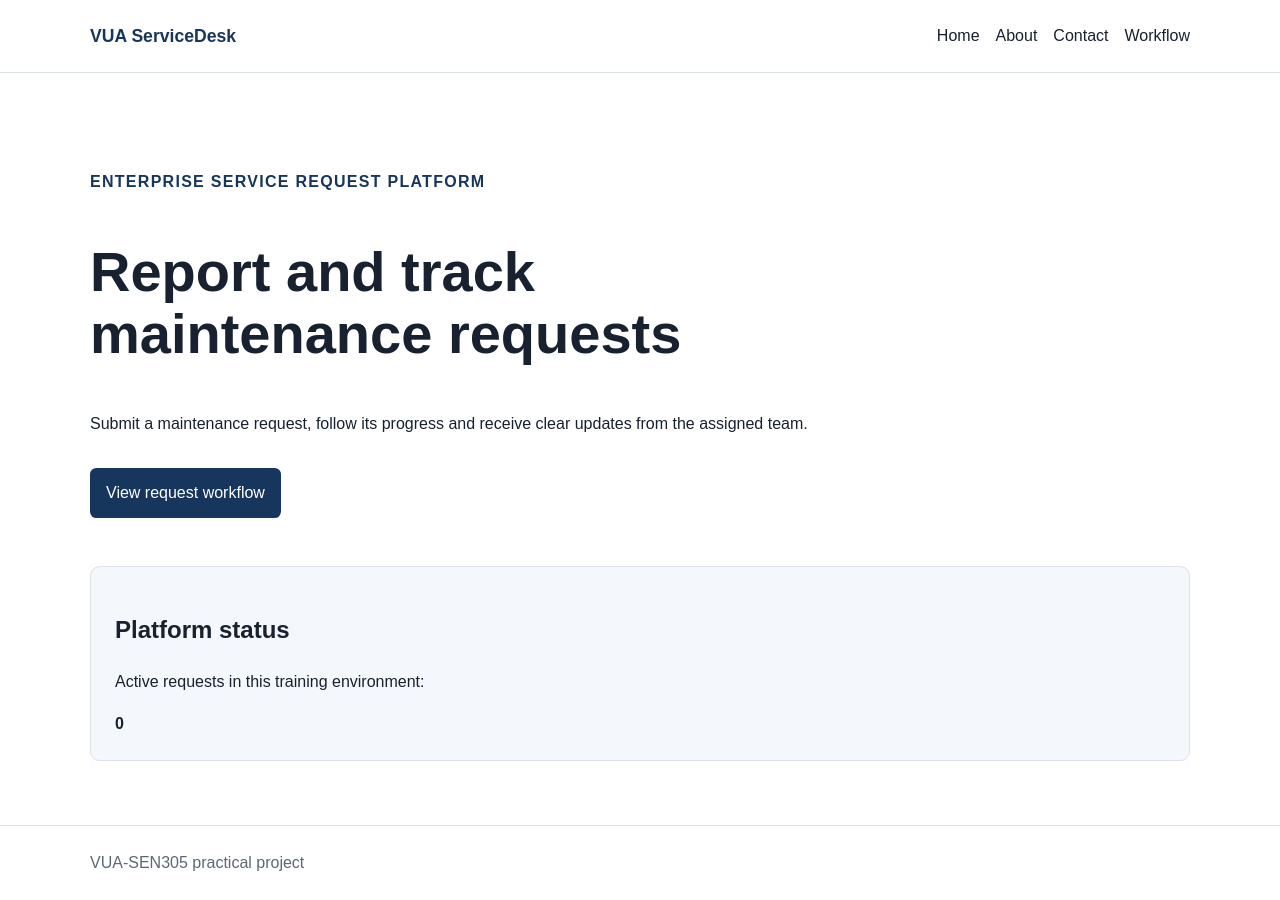
Repository: joezzi/sen305-service-platform
Page: http://localhost/
The author's editor kept a copy of each file at every save. The page is drawn from the files as they stood at one save, then again after the next save.
The browser window is 1280 px wide. The pictures show the whole page.
The page is served by the project's application, run on Django 5.2 (backend/manage.py). Other server files are loaded and not shown.

Above is the page before, as saved 2026-10-21 14:35:23.

### backend/core/templates/core/home.html
{% extends "core/base.html" %}

{% block title %}Home | VUA ServiceDesk{% endblock %}

{% block content %}
<section class="hero">
    <p class="eyebrow">Enterprise Service Request Platform</p>
    <h1>{{ headline }}</h1>
    <p>
        Submit a maintenance request, follow its progress and receive
        clear updates from the assigned team.
    </p>
    <a class="button" href="#request-preview">View request workflow</a>
</section>

<section id="request-preview" class="status-panel">
    <h2>Platform status</h2>
    <p>Active requests in this training environment:</p>
    <strong>{{ active_requests }}</strong>
</section>
{% endblock %}

### backend/core/templates/core/base.html
{% load static %}
<!DOCTYPE html>
<html lang="en">
<head>
    <meta charset="UTF-8">
    <meta name="viewport" content="width=device-width, initial-scale=1.0">
    <title>{% block title %}VUA ServiceDesk{% endblock %}</title>
    <link rel="stylesheet" href="{% static 'core/css/styles.css' %}">
</head>
<body>
    <header class="site-header">
        <div class="container nav-row">
            <a class="brand" href="{% url 'core:home' %}">VUA ServiceDesk</a>
            <nav aria-label="Primary navigation">
                <a href="{% url 'core:home' %}">Home</a>
                <a href="{% url 'core:about' %}">About</a>
                <a href="{% url 'core:contact' %}">Contact</a>
                <a href="{% url 'core:workflow' %}">Workflow</a>
            </nav>
        </div>
    </header>
    <main class="container">
        {% block content %}{% endblock %}
    </main>
    <footer class="site-footer">
        <div class="container">VUA-SEN305 practical project</div>
    </footer>
</body>
</html>

### backend/core/views.py
from django.shortcuts import render

def home(request):
    context = {
        "platform_name": "VUA ServiceDesk",
        "headline": "Report and track maintenance requests",
        "active_requests": 0,
    }
    return render(request, "core/home.html", context)

def about(request):
    project_roles = [
        "Requester",
        "Coordinator",
        "Technician",
        "Administrator",
    ]
    return render(
        request,
        "core/about.html",
        {"project_roles": project_roles},
    )

def contact(request):
    context = {
        "department_name": "Software Engineering Helpdesk",
        "email": "support@vua-servicedesk.edu",
        "office_hours": "Monday to Friday, 8:00 AM - 4:00 PM",
    }
    return render(request, "core/contact.html", context)

def workflow(request):
    stages = [
        "Request submitted",
        "Request triaged",
        "Technician assigned",
        "Request resolved",
    ]
    return render(request, "core/workflow.html", {"stages": stages})

### backend/config/urls.py
"""
URL configuration for config project.

The `urlpatterns` list routes URLs to views. For more information please see:
    https://docs.djangoproject.com/en/5.2/topics/http/urls/
Examples:
Function views
    1. Add an import:  from my_app import views
    2. Add a URL to urlpatterns:  path('', views.home, name='home')
Class-based views
    1. Add an import:  from other_app.views import Home
    2. Add a URL to urlpatterns:  path('', Home.as_view(), name='home')
Including another URLconf
    1. Import the include() function: from django.urls import include, path
    2. Add a URL to urlpatterns:  path('blog/', include('blog.urls'))
"""

from django.contrib import admin
from django.urls import include, path

urlpatterns = [
    path("admin/", admin.site.urls),
    path("", include("core.urls")),
]

### backend/core/urls.py
from django.urls import path
from . import views

app_name = "core"

urlpatterns = [
    path("", views.home, name="home"),
    path("about/", views.about, name="about"),
    path("contact/", views.contact, name="contact"),
    path("workflow/", views.workflow, name="workflow"),  # Add this route
]

### backend/core/static/core/css/styles.css
:root {
    --ink: #18212f;
    --muted: #5d6776;
    --surface: #f4f7fb;
    --brand: #17365d;
    --brand-dark: #0f2746;
    --line: #dbe2ea;
}

* { box-sizing: border-box; }

body {
    margin: 0;
    color: var(--ink);
    background: #ffffff;
    font-family: Arial, Helvetica, sans-serif;
    line-height: 1.6;
}

.container {
    width: min(1100px, calc(100% - 2rem));
    margin-inline: auto;
}

.site-header {
    border-bottom: 1px solid var(--line);
    background: #ffffff;
}

.nav-row {
    min-height: 72px;
    display: flex;
    align-items: center;
    justify-content: space-between;
    gap: 1rem;
}

.brand {
    color: var(--brand);
    font-size: 1.1rem;
    font-weight: 700;
    text-decoration: none;
}

nav { display: flex; gap: 1rem; }
nav a { color: var(--ink); text-decoration: none; }
nav a:hover, nav a:focus { color: var(--brand); text-decoration: underline; }

.hero, .page-heading { padding: 5rem 0 3rem; max-width: 760px; }
.hero h1, .page-heading h1 { font-size: clamp(2rem, 5vw, 3.5rem); line-height: 1.1; }
.eyebrow { color: var(--brand); font-weight: 700; text-transform: uppercase; letter-spacing: .08em; }

.button {
    display: inline-block;
    margin-top: 1rem;
    padding: .75rem 1rem;
    border-radius: .4rem;
    color: #ffffff;
    background: var(--brand);
    text-decoration: none;
}

.button:hover, .button:focus { background: var(--brand-dark); }

.status-panel {
    margin-bottom: 4rem;
    padding: 1.5rem;
    border: 1px solid var(--line);
    border-radius: .6rem;
    background: var(--surface);
}

.role-list { display: grid; gap: .75rem; padding-left: 1.25rem; }

.site-footer {
    margin-top: 4rem;
    padding: 1.5rem 0;
    border-top: 1px solid var(--line);
    color: var(--muted);
}

@media (max-width: 560px) {
    .nav-row { align-items: flex-start; flex-direction: column; padding: 1rem 0; }
}

After the next save:
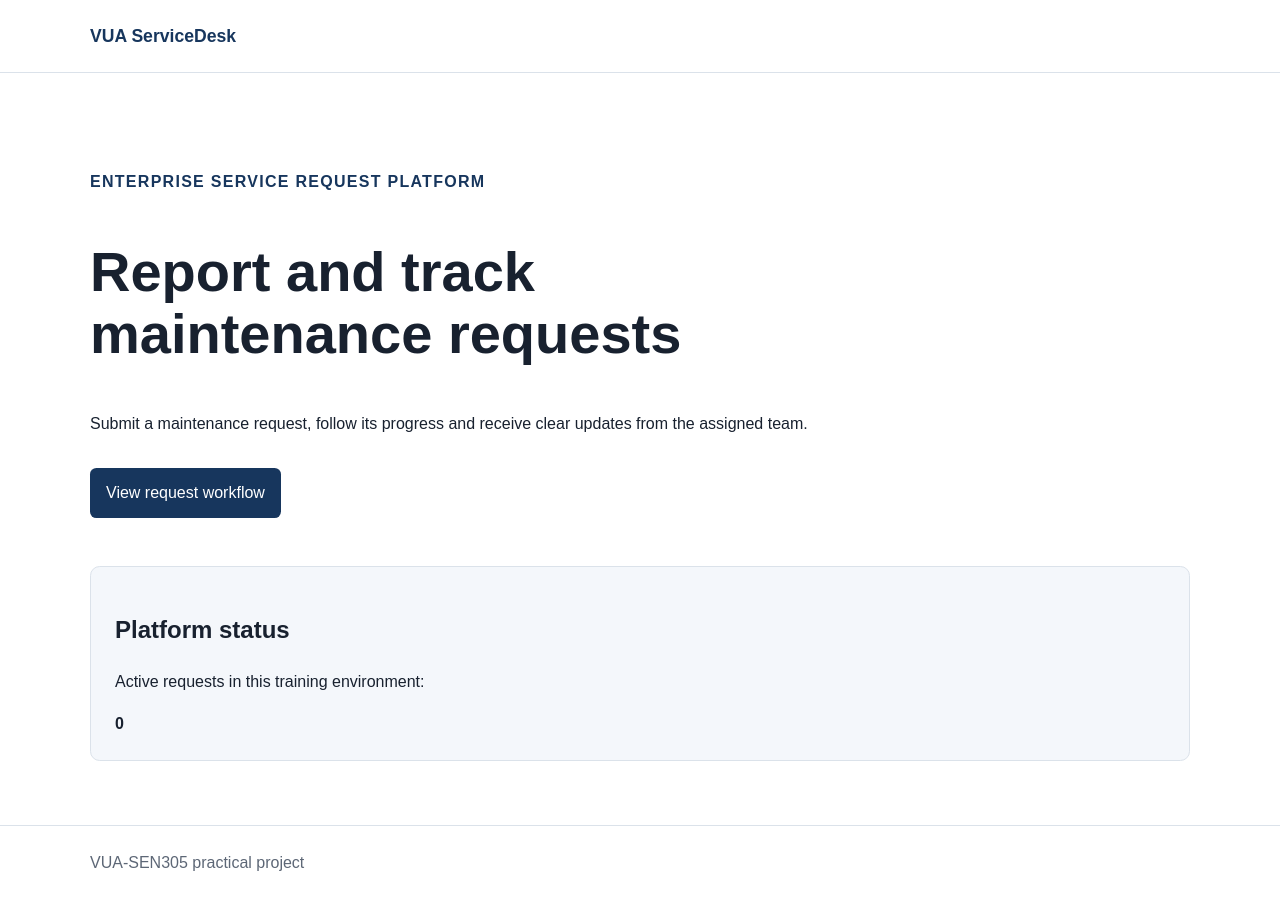
Saved 2 min 21 s later.
--- a/backend/core/templates/core/base.html
+++ b/backend/core/templates/core/base.html
@@ -12,10 +12,7 @@
         <div class="container nav-row">
             <a class="brand" href="{% url 'core:home' %}">VUA ServiceDesk</a>
             <nav aria-label="Primary navigation">
-                <a href="{% url 'core:home' %}">Home</a>
-                <a href="{% url 'core:about' %}">About</a>
-                <a href="{% url 'core:contact' %}">Contact</a>
-                <a href="{% url 'core:workflow' %}">Workflow</a>
+
             </nav>
         </div>
     </header>

After the save that followed:
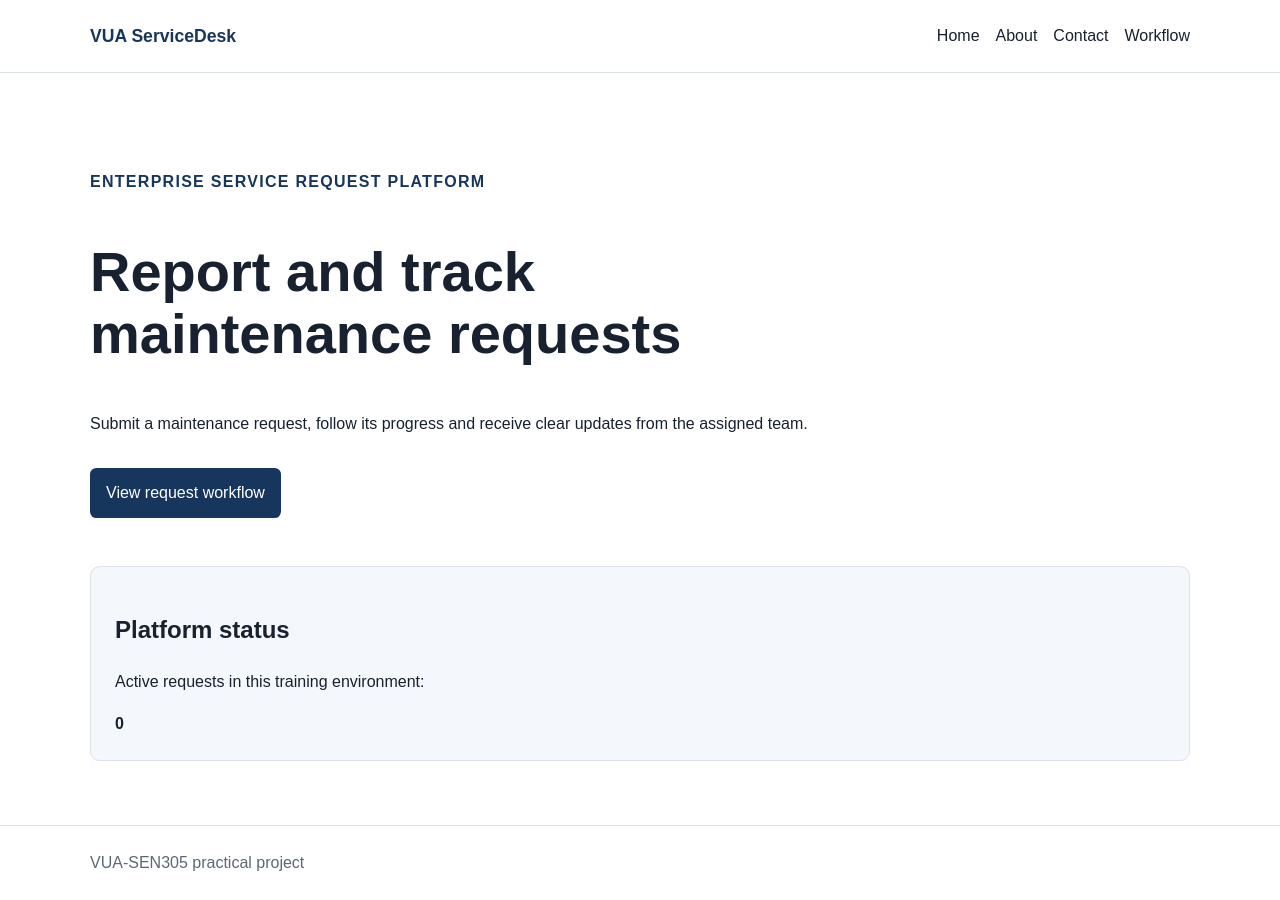
Saved 25 s later.
--- a/backend/core/templates/core/base.html
+++ b/backend/core/templates/core/base.html
@@ -12,7 +12,10 @@
         <div class="container nav-row">
             <a class="brand" href="{% url 'core:home' %}">VUA ServiceDesk</a>
             <nav aria-label="Primary navigation">
-
+                <a href="{% url 'core:home' %}" {% if request.resolver_match.url_name == 'home' %}aria-current="page"{% endif %}>Home</a>
+    <a href="{% url 'core:about' %}" {% if request.resolver_match.url_name == 'about' %}aria-current="page"{% endif %}>About</a>
+    <a href="{% url 'core:contact' %}" {% if request.resolver_match.url_name == 'contact' %}aria-current="page"{% endif %}>Contact</a>
+    <a href="{% url 'core:workflow' %}" {% if request.resolver_match.url_name == 'workflow' %}aria-current="page"{% endif %}>Workflow</a>
             </nav>
         </div>
     </header>
